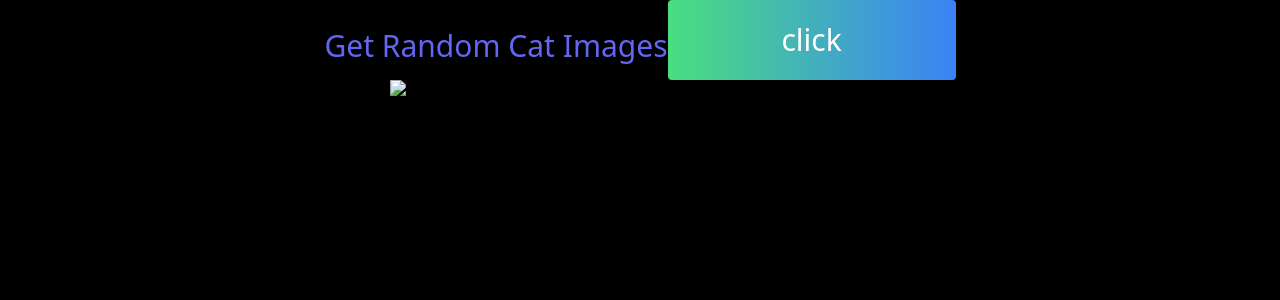
Repository: tentaciones/catMemeGenerator
Page: /
The author's editor kept a copy of each file at every save. The page is drawn from the files as they stood at one save, then again after the next save.
The browser window is 1280 px wide. The pictures show the whole page.
The page's requests for data from a server got no answer. Some web fonts or font styles are not loaded; a fallback is used. The project was rebuilt for these pictures with package versions that can differ from the ones it lists, and the page was loaded fresh each time. No one was signed in, and anything a server would have sent is missing. Also part of the build but not shown: src/components/Navbar.jsx, src/components/Header.jsx, src/components/Post.jsx, src/components/Sidebar.jsx, src/pages/home.jsx.

Above is the page before, as saved 2022-07-07 19:54:03.

After the next save:
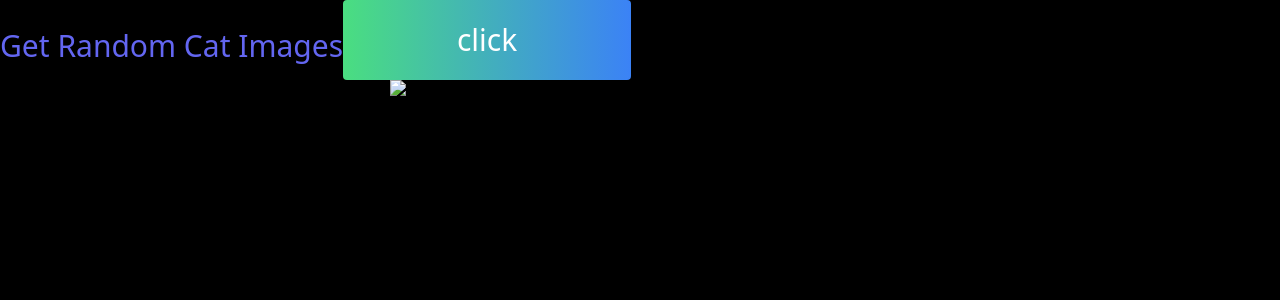
Saved 28 s later.
--- a/src/pages/Generator.jsx
+++ b/src/pages/Generator.jsx
@@ -23,7 +23,7 @@
 
   return (
     <div className="bg-black h-screen">
-      <div className="flex justify-center text-indigo-500 text-3xl">
+      <div className="flex  text-indigo-500 text-3xl">
         <div className="mt-7">Get Random Cat Images</div>
         <button
           onClick={getCat}
